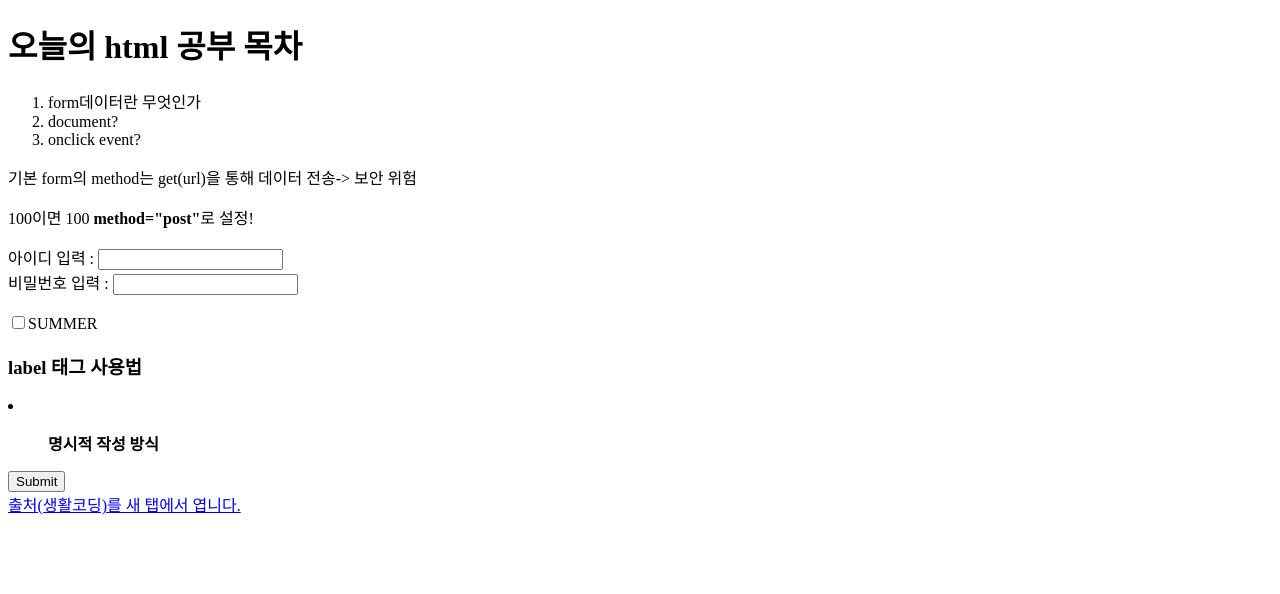
Repository: PareutPareut/frontend
Page: markDowns/study1129.html
An editor plug-in stored every save of this project. The page is shown before and after the next save, followed by the edit.
The browser window is 1280 px wide. The pictures show the whole page.

Above is the page before, as saved 2023-11-29 15:04:21.

After the next save:
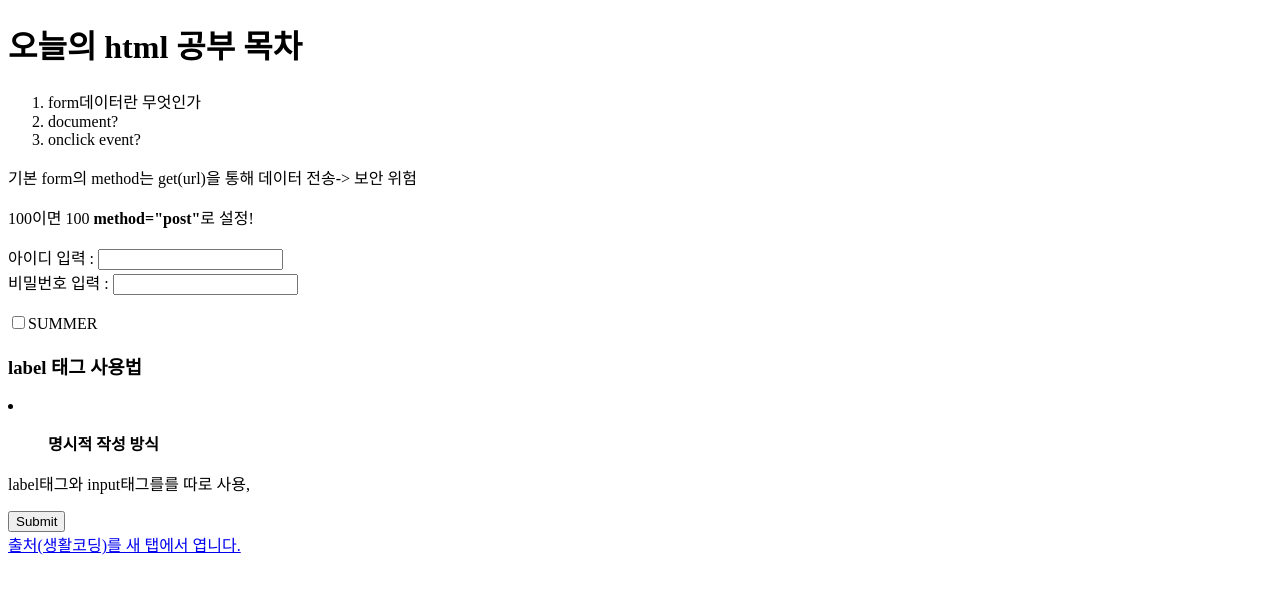
Saved 52 s later.
--- a/markDowns/study1129.html
+++ b/markDowns/study1129.html
@@ -40,7 +40,7 @@
                 <h3>label 태그 사용법</h3>
                 <li>
                     <ul><strong>명시적 작성 방식</strong></ul>
-                    <p></p>
+                    <p>label태그와 input태그를를 따로 사용, </p>
                 </li>
             </div>
 
